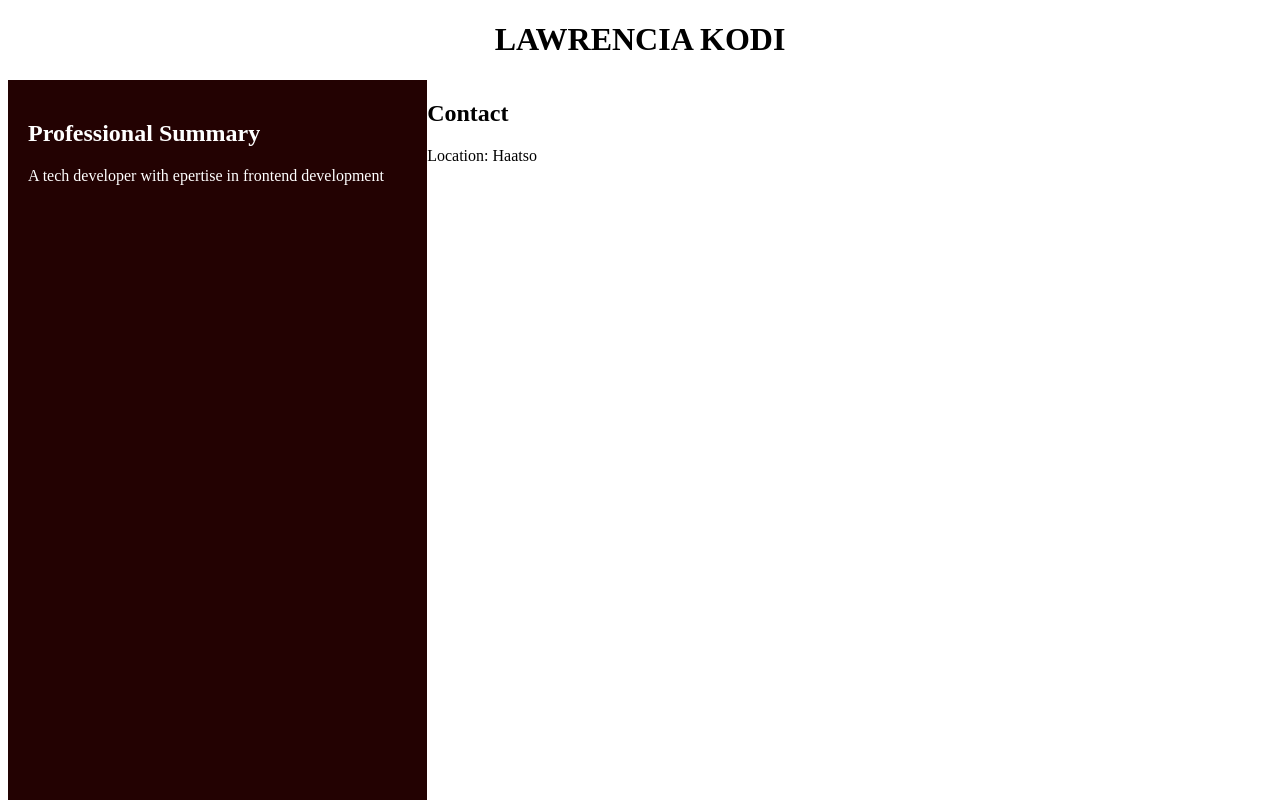
Repository: lawrencia-coder/T4G_CV
Page: index.html
These files come from the project's save history. The page is drawn as it stood at one moment and after a run of saves; the edit follows.
The browser window is 1280 px wide. The pictures show the whole page.
Some web libraries are served in a nearby version.

Above is the page before, as saved 2026-07-09 07:25:58.

After the next 6 saves:
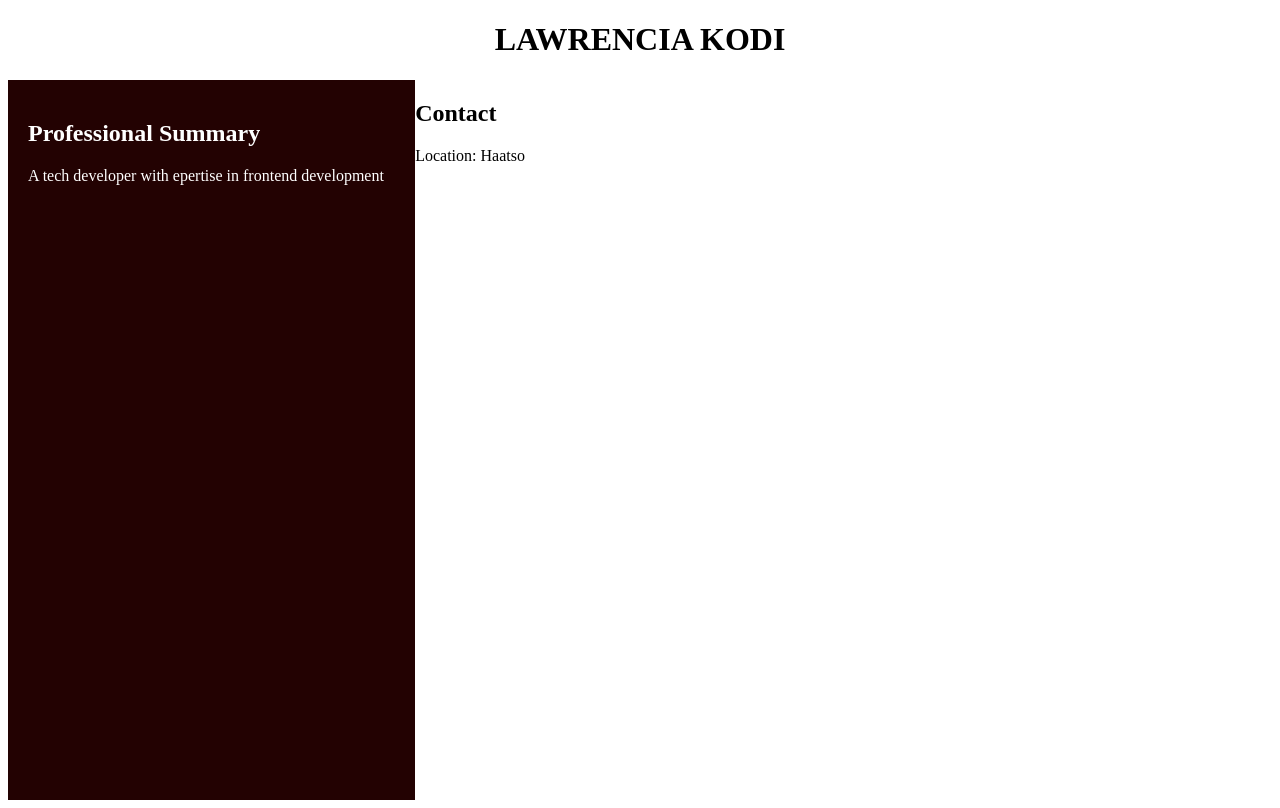
The 6 saves are shown as one change because they came seconds apart.
The last was saved 17 s later.
--- a/style.css
+++ b/style.css
@@ -17,5 +17,6 @@ padding: 20px;
 }
 
 .right-column{
-    width: ;
+    width: 70%;
+    background-color: ;
 }
